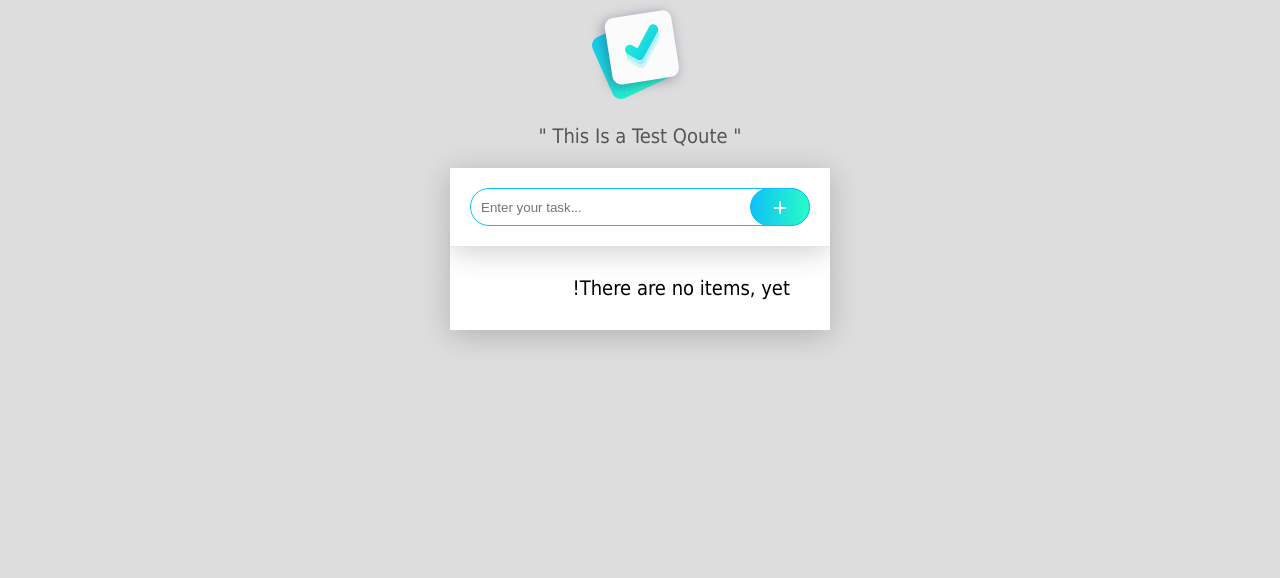
Repository: ahmedhamed15/React-Todo
Page: /
These files come from the project's save history. The page is drawn as it stood at one moment and after the next save; the edit follows.
The browser window is 1280 px wide. The pictures show the whole page.
The project was rebuilt for these pictures with package versions that can differ from the ones it lists, and the page was loaded fresh each time. Also part of the build but not shown: src/components/Todos/TodoItem/index.js.

Above is the page before, as saved 2021-07-27 01:53:05.

After the next save:
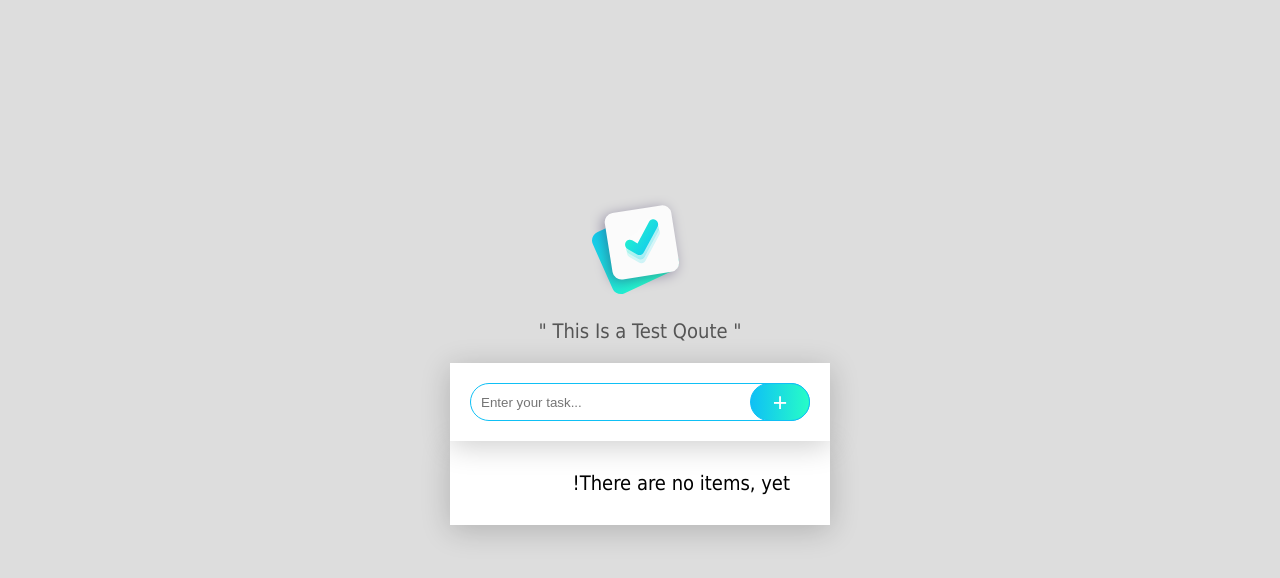
Saved 7 s later.
--- a/src/index.scss
+++ b/src/index.scss
@@ -11,7 +11,9 @@ body {
   font-family: 'tahoma', arial;
 }
 
-
+#root {
+  height: 100%;
+}
 .App {
   display: flex;
   flex-direction: column;
